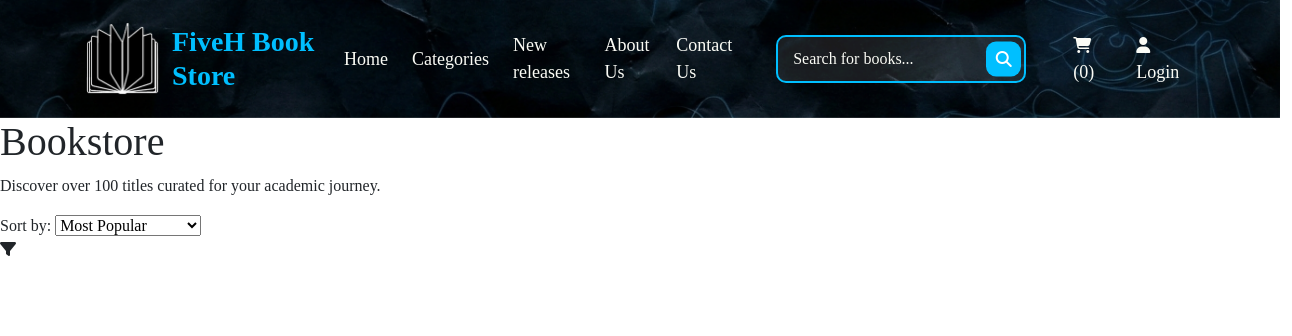
Repository: Hoangriji/Book_Store-HTCNWeb
Page: pages/categories/categories.html
An editor plug-in stored every save of this project. The page is shown before and after a run of saves, followed by the edit.
The browser window is 1280 px wide. The page is 1292 px wide, so the pictures cover 1292 px, including what lies to the right of the window. The pictures show the whole page.
Some web fonts or font styles are not loaded; a fallback is used. Some web libraries are served in a nearby version.

Above is the page before, as saved 2026-02-10 12:44:49.

### pages/categories/categories.html
<!DOCTYPE html>
<html lang="en">
<head>
    <meta charset="UTF-8">
    <meta name="viewport" content="width=device-width, initial-scale=1.0">
    <title>FiveH Book Store</title>
    <link rel="stylesheet" href="categories.css">
    <link rel="stylesheet" href="/shared/css/bootstrap.min.css">
    <!-- icon awesome free -->
    <script src="https://kit.fontawesome.com/81f80860c2.js" crossorigin="anonymous"></script>
</head>
<body>
     <!-- header -->
    <header class="inner-header"></header>

    <!-- Page Header -->
     <div class="page-header">
        <div class="page-header-container">
            <div class="page-header__content">
                <h1 class="page-header__title">Bookstore</h1>
                <p class="page-header__subtitle">Discover over 100 titles curated for your academic journey.</p>
            </div>

            <div class="page-header__actions">
                <label class="page-header__sort-label">Sort by:</label>
                <select class="page-header__sort-select">
                    <option selected>Most Popular</option>
                    <option>Newest</option>
                    <option>Price: Low to High</option>
                    <option>Price: High to Low</option>
                    <option>Best Rating</option>
                </select>
            </div>
        </div>
     </div>

    <!-- Main Content -->
    <div class="categories-main">
        <div class="row g-4">
            <!-- Sidebar filter -->
            <aside class="col-lg-3">
                <div class="filter">
                    <div class="filter__header">
                        <i class="fas fa-filter filter__header-icon"></i>

                    </div>
                </div>
            </aside>
        </div>
    </div>


    <script src="categories.js"></script>
    <script type="module" src="/shared/js/main.js"></script>
</body>
</html>

### pages/categories/categories.css
@import url('/shared/css/style.css');

### shared/js/main.js
import {header} from './components/header.js';
import {footer} from './components/footer.js';

const main = () => {
    // render header
    header();

    // render footer
    footer();
}

main();

### shared/css/style.css
@import url('./variables.css');
@import url('./components/header.css');
@import url('./components/footer.css');

* {
    margin: 0;
    padding: 0;
    box-sizing: border-box;
    font-family: var(--font-main);
}

/* width  scrollbar */
::-webkit-scrollbar {
    width: 8px;
}

/* scrollbar track color */
::-webkit-scrollbar-track {
    background: var(--color-menu);
    border-radius: 10px;
}

/* scrollbar thumb color and shape */
::-webkit-scrollbar-thumb {
    background: var(--color-primary);
    border-radius: 10px;
}

/* hover on scrollbar thumb */
::-webkit-scrollbar-thumb:hover {
    background: var(--color-button-hover);
}

body {
    background-color: var(--color-background);
}

a {
    text-decoration: none;
}

### shared/css/variables.css
@import url('https://fonts.googleapis.com/css2?family=Bona+Nova:ital,wght@0,400;0,700;1,400&family=Roboto:ital,wght@0,100..900;1,100..900&display=swap');

:root {
    --color-primary: #00BFFF;
    --color-secondary: #00A3E0;
    --color-button: #00BFFF;
    --color-button-hover: #0099CC;
    --color-background: #fbfdf8;
    --color-background-dark: #010409;
    --color-menu: rgb(1, 4, 9);
    --color-text-dark: #010409;
    --color-text-light: #FAFBF5;
    --color-accent: #40E0D0;
    --font-main: "Bova Nova", serif;
}

### shared/css/components/header.css
.inner-header {
    width: 100%;
    background-image: url(/imgs/homePage/bg-header.webp);
    background-repeat: no-repeat;
    background-size: cover;
    background-position: center;
    position: sticky;
    top: 0;
    z-index: 9;
}

.header-wrapper {
    width: 100%;
    display: flex;
    align-items: center;
    justify-content: space-between;
    padding: 8px 0;
    margin: 0 auto;
}

/* logo */
.logo {
    max-width: 250px;
    display: flex;
    align-items: center;
    justify-content: center;
    gap: 10px;
    text-decoration: none;
}

.logo img {
    width: 80px;
    height: auto;
}

.logo h3 {
    color: var(--color-primary);
    font-weight: bold;
    margin: 0;
    padding: 0;
}

/* menu-overlay */
.menu-overlay {
    display: none;
    position: fixed;
    top: 0;
    left: 0;
    width: 100%;
    height: 100%;
    background-color: rgba(0, 0, 0, 0.5);
    z-index: 99;
}

/* menu */
.menu {
    display: flex;
    align-items: center;
    justify-content: center;
    gap: 2rem;
}

/* close btn - hidden on desktop */
.close-menu-btn {
    display: none;
}

/* nav */
.inner-nav ul {
    display: flex;
    align-items: center;
    justify-content: center;
    list-style: none;

    /* do bị ảnh hưởng tử bs css nên thêm 2 dòng dưới */
    margin: 0;
    padding: 0;
}

.inner-nav ul li a {
    font-size: 18px;
    color: var(--color-text-light);
    text-decoration: none;
    transition: all 0.3s ease;
    padding: 1.5rem 12px;
    display: inline-flex;
    align-items: center;
    border-radius: 8px;
}

.inner-nav ul li a:hover {
    color: var(--color-primary);
    transform: translateY(-5px);
}

/* search */
.search-bar {
    position: relative;
}

.search-bar input {
    width: 250px;
    padding: 10px 45px 10px 15px;
    border: 2px solid var(--color-primary);
    border-radius: 10px;
    font-size: 16px;
    outline: none;
    transition: all 0.3s ease;
    background-color: rgba(255, 255, 255, 0.1);
    color: var(--color-text-light);
}

.search-bar input::placeholder {
    color: var(--color-text-light);
}

.search-bar input:focus {
    border: 2px solid var(--color-primary);
}

.search-bar button {
    position: absolute;
    right: 5px;
    top: 50%;
    transform: translateY(-50%);
    background-color: var(--color-primary);
    border: none;
    color: #fff;
    width: 35px;
    height: 35px;
    border-radius: 10px;
    cursor: pointer;
    transition: all 0.3s ease;
}

.search-bar button:hover {
    box-shadow: inset -3px -3px 6px rgba(0, 0, 0, 0.5),
                inset 3px 3px 6px rgba(255, 255, 255, 0.5);
    background-color: var(--color-button-hover);
}

/* user actions */
.user-actions {
    display: flex;
    align-items: center;
    justify-content: center;
}

.user-actions a {
    color: var(--color-text-light);
    font-size: 18px;
    text-decoration: none;
    transition: all 0.3s ease;
    display: inline-flex;
    align-items: center;
    gap: 5px;
    padding: 1.5rem 15px;
    border-radius: 8px;
}

.user-actions a i {
    font-size: 16px;
}

.user-actions a:hover {
    color: var(--color-primary);
    transform: translateY(-5px);
}

/* hamburger button */
.hamburger-btn {
    display: none;
    align-items: center;
    justify-content: center;
    width: 45px;
    height: 45px;
    background: transparent;
    border: 2px solid var(--color-primary);
    border-radius: 8px;
    cursor: pointer;
    padding: 0;
    z-index: 100;
    transition: all 0.3s ease;
}

.hamburger-btn i {
    color: var(--color-primary);
    font-size: 24px;
    transition: all 0.3s ease;
}

.hamburger-btn:hover {
    background-color: var(--color-primary);
}

.hamburger-btn:hover i {
    color: var(--color-text-light);
}

/* responsize */
@media (max-width: 1199.98px) {
    .header-wrapper {
        padding: 15px 1.5rem;
    }

    .inner-nav ul {
        gap: 0;
    }

    .inner-nav ul li a {
        font-size: 16px;
        padding: 0.8rem 10px;
    }

    .search-bar input {
        width: 200px;
    }
}

@media (max-width: 991.98px) {
    /* hamburger btn active */
    .hamburger-btn {
        display: flex;
    }

    .menu {
        position: fixed;
        top: 0;
        right: -100%;
        width: 320px;
        max-width: 85vw;
        height: 100vh;
        background: var(--color-menu);
        justify-content: flex-start;
        flex-direction: column;
        padding: 20px 25px;
        gap: 2.5rem;
        transition: right 0.4s ease;
        overflow-y: auto;
        z-index: 999;
    }

    .menu.active {
        right: 0;

    }

    /* close button */
    .close-menu-btn {
        display: flex;
        align-items: center;
        justify-content: center;
        width: 40px;
        height: 40px;
        background: transparent;
        border: 2px solid var(--color-primary);
        border-radius: 10px;
        cursor: pointer;
        align-self: flex-end;
        transition: all 0.3s ease;
    }

    .close-menu-btn i {
        color: var(--color-primary);
        font-size: 22px;
    }

    .close-menu-btn:hover {
        background-color: var(--color-primary);
        transform: rotate(90deg);
    }

    .close-menu-btn:hover i {
        color: var(--color-text-light);
    }

    .inner-nav{
        width: 100%;
    }

    .inner-nav ul {
        flex-direction: column;
        width: 100%;
    }

    .inner-nav ul li {
        width: 100%;
        border-bottom: 2px solid gray;
    }

    .inner-nav ul li a {
        width: 100%;
        padding: 14px 16px;
        font-size: 17px;
        justify-content: flex-start;
    }

    .inner-nav ul li a i {
        font-size: 18px;
        width: 25px;
    }

    .inner-nav ul li a:hover {
        transform: translateX(10px);
        padding-left: 20px;
    }

    .search-bar {
        width: 100%;
    }

    .search-bar input {
        width: 100%;
        padding: 12px 50px 12px 18px;
        font-size: 16px;
        background-color: rgba(255, 255, 255, 0.05);
    }

    .search-bar button {
        right: 8px;
        width: 38px;
        height: 38px;
    }

    .user-actions {
        flex-direction: column;
        gap: 12px;
        width: 250px;
    }

    .user-actions .user-actions-link {
        width: 100%;
        font-size: 17px;
        border-radius: 0;
        justify-content: flex-start;
        border-bottom: 2px solid gray;
        margin: 0;
        padding: 14px 16px;
    }

   .user-actions-link i {
        width: 25px;
    }

    .user-actions-btn{
        transition: all 0.3s ease;
    }

    .user-actions-link:hover .user-actions-btn{
        transform: translateX(10px);
    }
}


@media (max-width: 767.98px) {
    .header-wrapper {
        padding: 12px 1rem;
    }

    .logo {
        max-width: 200px;
    }

    .logo h3 {
        font-size: 18px;
    }

    .logo img {
        width: 60px;
    }

    .hamburger-btn {
        width: 40px;
        height: 40px;
    }

    .hamburger-btn i {
        font-size: 20px;
    }
}

@media (max-width: 575.98px) {
    .header-wrapper {
        padding: 10px 0.8rem;
    }

    .logo h3 {
        font-size: 18px;
    }

    .logo img {
        width: 50px;
    }

    .menu {
        width: 100vw;
        max-width: 100vw;
        padding: 25px 20px;
        /* tăng right lên vì để -100% thấy menu lấn vào màn viewport khi chưa active*/
        right: -200%;
    }

    .user-actions {
        width: 100%;
    }

    .cart-text {
        display: none;
    }
}

/* animation */
@keyframes fadeInDown {
    from {
        opacity: 0;
        transform: translateY(-30px);
    }
    to {
        opacity: 1;
        transform: translateY(0);
    }
}

.logo {
    animation: fadeInDown 0.6s ease forwards;
    animation-delay: 0.1s;
}

.inner-nav {
    animation: fadeInDown 0.6s ease forwards;
    animation-delay: 0.2s;
}

.search-bar {
    animation: fadeInDown 0.6s ease forwards;
    animation-delay: 0.3s;
}

.user-actions {
    animation: fadeInDown 0.6s ease forwards;
    animation-delay: 0.4s;
}

### shared/css/components/footer.css
.inner-footer {
    width: 100%;
    background: linear-gradient(90deg, var(--color-background-dark) 50%, #0a0e1a 100%);
    color: var(--color-text-light);
    padding: 2rem 0 0 0;
    margin-top: auto;
}

.footer-wrapper {
    width: 100%;
    margin: 0 auto;
}

.footer-content {
    padding-bottom: 20px;
    border-bottom: 1px solid gray;
}

.footer-section {
    display: flex;
    flex-direction: column;
    gap: 10px;
}

/* logo section */
.footer-section:first-child {
    max-width: 350px;
}

.footer-section img {
    width: 80px;
    height: auto;
}

.footer-section .footer-section-title {
    color: var(--color-primary);
    font-size: 22px;
    font-weight: bold;
    margin: 0;
}

.footer-section p {
    color: var(--color-text-light);
    line-height: 1.6;
    margin: 0;
    font-size: 15px;
}

/* social icons */
.social-icons {
    display: flex;
    gap: 15px;
    margin-top: 10px;
}

.social-icons a {
    display: flex;
    align-items: center;
    justify-content: center;
    width: 45px;
    height: 45px;
    background: transparent;
    border: 2px solid var(--color-primary);
    border-radius: 50%;
    color: var(--color-primary);
    text-decoration: none;
    transition: all 0.3s ease;
    font-size: 18px;
}

.social-icons a:hover {
    background: var(--color-primary);
    color: var(--color-text-light);
    transform: rotate(360deg);
}

/* quick links */
.footer-section ul {
    list-style: none;
    margin: 0;
    padding: 0;
    display: flex;
    flex-direction: column;
    gap: 5px;
}

.footer-section ul li a {
    color: var(--color-text-light);
    text-decoration: none;
    transition: all 0.3s ease;
    display: inline-flex;
    align-items: center;
    gap: 5px;
    padding: 10px 0;
}

.footer-section ul li i {
    color: var(--color-primary);
    font-size: 12px;
    transition: all 0.3s ease;
    margin-right: 10px;
}

.footer-section ul li:hover a {
    color: var(--color-primary);
    padding-left: 10px;
}

.footer-section ul li:hover i {
    transform: translateX(15px);
}

/* footer bottom */
.footer-bottom {
    padding: 20px 0;
    text-align: center;
}

.footer-bottom p {
    color: gray;
    margin: 0;
    font-size: 16px;
}

/* responsive */
@media (min-width: 1200px) {
    .footer-wrapper {
        max-width: 1320px;
        padding: 0 2rem;
    }
}

@media (max-width: 1199.98px) {
    .footer-wrapper {
        max-width: 100%;
        padding: 0 1.5rem;
    }
}

@media (max-width: 991.98px) {
    .inner-footer {
        padding: 50px 0 0;
    }

    .footer-content {
        padding-bottom: 25px;
    }

    .footer-section {
        gap: 12px;
    }

    .social-icons {
        flex-wrap: wrap;
    }
}

@media (max-width: 767.98px) {
    .inner-footer {
        padding: 40px 0 0;
    }

    .footer-wrapper {
        padding: 0 1rem;
    }

    .footer-content {
        padding-bottom: 20px;
    }

    .footer-section:first-child {
        max-width: 100%;
    }

    .footer-section .footer-section-title {
        font-size: 20px;
    }

    .footer-section p {
        font-size: 14px;
    }

    .social-icons {
        justify-content: flex-start;
    }

    .footer-bottom p {
        font-size: 14px;
    }
}

@media (max-width: 575.98px) {
    .inner-footer {
        padding: 30px 0 0;
    }

    .footer-wrapper {
        padding: 0 15px;
    }

    .footer-content {
        gap: 25px;
    }

    .footer-section .footer-section-title {
        font-size: 18px;
    }

    .footer-section img {
        width: 60px;
    }

    .footer-section p {
        font-size: 13px;
    }

    .footer-section .footer-section-title {
        font-size: 16px;
    }

    .footer-section ul li a {
        font-size: 14px;
        padding: 8px 0;
    }

    .social-icons {
        gap: 12px;
    }

    .social-icons a {
        width: 40px;
        height: 40px;
        font-size: 16px;
    }

    .footer-bottom {
        padding: 15px 0;
    }

    .footer-bottom p {
        font-size: 12px;
    }
}

/* animation */
@keyframes fadeInUp {
    from {
        opacity: 0;
        transform: translateY(30px);
    }
    to {
        opacity: 1;
        transform: translateY(0);
    }
}

.footer-section {
    animation: fadeInUp 0.6s ease forwards;
}

.footer-section:nth-child(1) { animation-delay: 0.1s; }
.footer-section:nth-child(2) { animation-delay: 0.2s; }
.footer-section:nth-child(3) { animation-delay: 0.3s; }
.footer-section:nth-child(4) { animation-delay: 0.4s; }

### shared/js/components/header.js
export const header = () => {
  const headerElement = document.querySelector(".inner-header");
  const headerTemplate = /* html */ `
    <div class="container">
      <div class="header-wrapper">
        <!-- logo -->
        <a class="logo" href="/">
          <img src="/imgs/homePage/logo.png" alt="">
          <h3>FiveH Book Store</h3>
        </a>

        <!-- hamburger btn -->
        <button class="hamburger-btn" aria-label="Toggle menu">
          <i class="fa-solid fa-bars"></i>
        </button>

        <!-- overlay -->
        <div class="menu-overlay" style="display: none;"></div>

        <!-- menu -->
        <div class="menu">
          <!-- close btn for mobile -->
          <button class="close-menu-btn" aria-label="Close menu">
            <i class="fa-solid fa-times"></i>
          </button>

          <!-- nav -->
          <nav class="inner-nav">
            <ul>
              <li><a href="/"> Home</a></li>
              <li><a href="/pages/categories/categories.html">Categories</a></li>
              <li><a href="#">New releases</a></li>
              <li><a href="#">About Us</a></li>
              <li><a href="#">Contact Us</a></li>
            </ul>
          </nav>

          <!-- search -->
          <div class="search-bar">
            <input type="text" placeholder="Search for books...">
            <button type="submit"><i class="fa-solid fa-search"></i></button>
          </div>

          <!-- user -->
          <div class="user-actions">
            <a href="#" class="user-actions-link">
              <div class="user-actions-btn">
                <i class="fa-solid fa-cart-shopping"></i>
                <span class="cart-count">(0)</span>
              </div>
            </a>
            <a href="#" class="user-actions-link">
              <div class="user-actions-btn">
                <i class="fa-solid fa-user"></i>
                <span>Login</span>
              </div>
            </a>
          </div>
        </div>
      </div>
    </div>
  `;
  if (headerElement) {
    headerElement.innerHTML = headerTemplate;

    // hamburger
    const hamburgerBtn = headerElement.querySelector(".hamburger-btn");
    const closeBtn = headerElement.querySelector(".close-menu-btn");
    const menu = headerElement.querySelector(".menu");
    const menuLinks = headerElement.querySelectorAll(".menu a");

    // open menu
    if (hamburgerBtn && menu) {
      hamburgerBtn.addEventListener("click", () => {
        menu.classList.add("active");
        document.body.style.overflow = "hidden";
        const menuOverlay = headerElement.querySelector(".menu-overlay");
        if (menuOverlay) {
          menuOverlay.style.display = "block";
        }
      });
    }

    // close menu
    if (closeBtn && menu) {
      closeBtn.addEventListener("click", () => {
        menu.classList.remove("active");
        document.body.style.overflow = "";
        const menuOverlay = headerElement.querySelector(".menu-overlay");
        if (menuOverlay) {
          menuOverlay.style.display = "none";
        }
      });
    }

    // close menu when clicking on links
    menuLinks.forEach((link) => {
      link.addEventListener("click", () => {
        if (window.innerWidth <= 992) {
          menu.classList.remove("active");
          document.body.style.overflow = "";
          const menuOverlay = headerElement.querySelector(".menu-overlay");
          if (menuOverlay) {
            menuOverlay.style.display = "none";
          }
        }
      });
    });

    // close menu when clicking outside
    document.addEventListener("click", (e) => {
      if (
        menu.classList.contains("active") &&
        !menu.contains(e.target) &&
        !hamburgerBtn.contains(e.target)
      ) {
        menu.classList.remove("active");
        document.body.style.overflow = "";
        const menuOverlay = headerElement.querySelector(".menu-overlay");
        if (menuOverlay) {
          menuOverlay.style.display = "none";
        }
      }
    });

    // handle window resize
    window.addEventListener("resize", () => {
      if (window.innerWidth > 992) {
        menu.classList.remove("active");
        document.body.style.overflow = "";
        const menuOverlay = headerElement.querySelector(".menu-overlay");
        if (menuOverlay) {
          menuOverlay.style.display = "none";
        }
      }
    });
  }
};

### shared/js/components/footer.js
export const footer = () => {
  const footerElement = document.querySelector(".inner-footer");
  const footerTemplate = /* html */ `
        <div class="container">
            <div class="footer-wrapper">
                <div class="row g-4 footer-content">
                    <div class="col-12 col-md-6 col-lg-5 footer-section">
                        <img src="imgs/homePage/logo.png" alt="">
                        <h4 class="footer-section-title">FiveH Book Store</h4>
                        <p>Your one-stop shop for all your reading needs. Discover, explore, and indulge in the world of books with us!</p>
                    </div>

                    <div class="col-12 col-md-6 col-lg footer-section">
                        <h4 class="footer-section-title">Contact Us</h4>
                        <p>Email: contact@bookstore.com</p>
                        <p>Phone: +1 234 567 890</p>
                        <p>Address: 123 Book St, City, Country</p>
                    </div>

                    <div class="col-12 col-md-6 col-lg footer-section">
                        <h4 class="footer-section-title">Follow Us</h4>
                        <div class="social-icons">
                            <a href="#"><i class="fa-brands fa-facebook-f"></i></a>
                            <a href="#"><i class="fa-brands fa-twitter"></i></a>
                            <a href="#"><i class="fa-brands fa-instagram"></i></a>
                        </div>
                    </div>

                    <div class="col-12 col-md-6 col-lg footer-section">
                        <h4 class="footer-section-title">Quick Links</h4>
                        <ul>
                            <li><i class="fa-solid fa-arrow-right"></i><a href="index.html">Home</a></li>
                            <li><i class="fa-solid fa-arrow-right"></i><a href="#">Categories</a></li>
                            <li><i class="fa-solid fa-arrow-right"></i><a href="#">New releases</a></li>
                            <li><i class="fa-solid fa-arrow-right"></i><a href="#">About Us</a></li>
                            <li><i class="fa-solid fa-arrow-right"></i><a href="#">Contact Us</a></li>
                        </ul>
                    </div>
                </div>

                <div class="footer-bottom">
                    <p>&copy; 2024 FiveH Book Store. All rights reserved.</p>
                </div>
            </div>
        </div>
    `;

  if (footerElement) {
    footerElement.innerHTML = footerTemplate;
  }
};

Loaded but not shown: shared/css/bootstrap.min.css (library); pages/categories/categories.js (no copy from this time; the picture is the same without it)

After the next 3 saves:
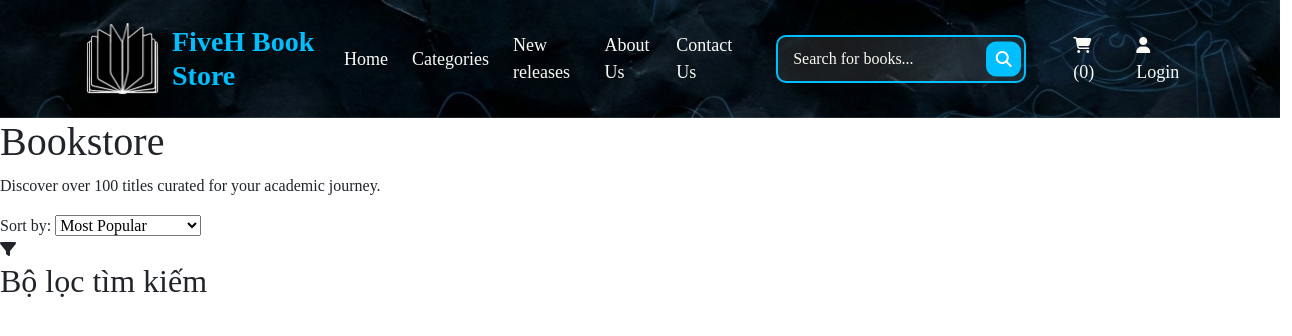
The 3 saves are shown as one change because they came seconds apart.
The last was saved 9 s later.
--- a/pages/categories/categories.html
+++ b/pages/categories/categories.html
@@ -42,7 +42,7 @@
                 <div class="filter">
                     <div class="filter__header">
                         <i class="fas fa-filter filter__header-icon"></i>
-
+                        <h2 class="filter__header-title">Bộ lọc tìm kiếm</h2>
                     </div>
                 </div>
             </aside>
